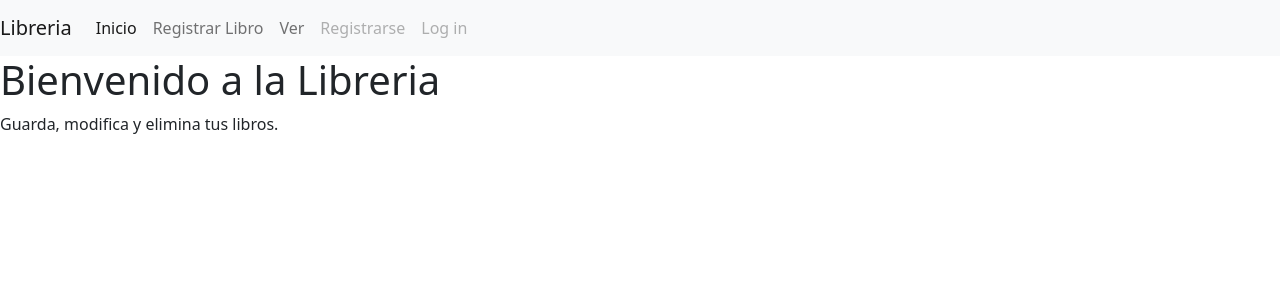
Repository: frnalonso/libreria
Page: src/main/resources/templates/index.html
These files come from the project's save history. The page is drawn as it stood at one moment and after the next save; the edit follows.
The browser window is 1280 px wide. The pictures show the whole page.

Above is the page before, as saved 2021-11-05 08:26:09.

### src/main/resources/templates/index.html

<!doctype html>
<html lang="en">
  <head>
    <!-- Required meta tags -->
    <meta charset="utf-8">
    <meta name="viewport" content="width=device-width, initial-scale=1">

    <!-- Bootstrap CSS -->
    <link href="https://cdn.jsdelivr.net/npm/bootstrap@5.1.3/dist/css/bootstrap.min.css" rel="stylesheet" integrity="sha384-1BmE4kWBq78iYhFldvKuhfTAU6auU8tT94WrHftjDbrCEXSU1oBoqyl2QvZ6jIW3" crossorigin="anonymous">

    <title>Inicio</title>
  </head>
  <body>
    <nav class="navbar navbar-expand-lg navbar-light bg-light">
        <a class="navbar-brand" href="/">Libreria</a>
        <button class="navbar-toggler" type="button" data-toggle="collapse" data-target="#navbarNavAltMarkup" aria-controls="navbarNavAltMarkup" aria-expanded="false" aria-label="Toggle navigation">
          <span class="navbar-toggler-icon"></span>
        </button>
        <div class="collapse navbar-collapse" id="navbarNavAltMarkup">
          <div class="navbar-nav">
            <a class="nav-item nav-link active" href="/">Inicio <span class="sr-only"></span></a>
            <a class="nav-item nav-link" href="/registro">Registrar Libro</a>
            <a class="nav-item nav-link" href="/mostrar">Ver</a>
            <a class="nav-item nav-link disabled" href="Log in">Registrarse</a>
            <a class="nav-item nav-link disabled" href="Log in">Log in</a>
          </div>
        </div>
      </nav>
    <h1>Bienvenido a la Libreria</h1>
    <p>Guarda, modifica y elimina tus libros.</p>
    <!-- Optional JavaScript; choose one of the two! -->

    <!-- Option 1: Bootstrap Bundle with Popper -->
    <script src="https://cdn.jsdelivr.net/npm/bootstrap@5.1.3/dist/js/bootstrap.bundle.min.js" integrity="sha384-ka7Sk0Gln4gmtz2MlQnikT1wXgYsOg+OMhuP+IlRH9sENBO0LRn5q+8nbTov4+1p" crossorigin="anonymous"></script>

    <!-- Option 2: Separate Popper and Bootstrap JS -->
    <!--
    <script src="https://cdn.jsdelivr.net/npm/@popperjs/core@2.10.2/dist/umd/popper.min.js" integrity="sha384-7+zCNj/IqJ95wo16oMtfsKbZ9ccEh31eOz1HGyDuCQ6wgnyJNSYdrPa03rtR1zdB" crossorigin="anonymous"></script>
    <script src="https://cdn.jsdelivr.net/npm/bootstrap@5.1.3/dist/js/bootstrap.min.js" integrity="sha384-QJHtvGhmr9XOIpI6YVutG+2QOK9T+ZnN4kzFN1RtK3zEFEIsxhlmWl5/YESvpZ13" crossorigin="anonymous"></script>
    -->
  </body>
</html>

After the next save:
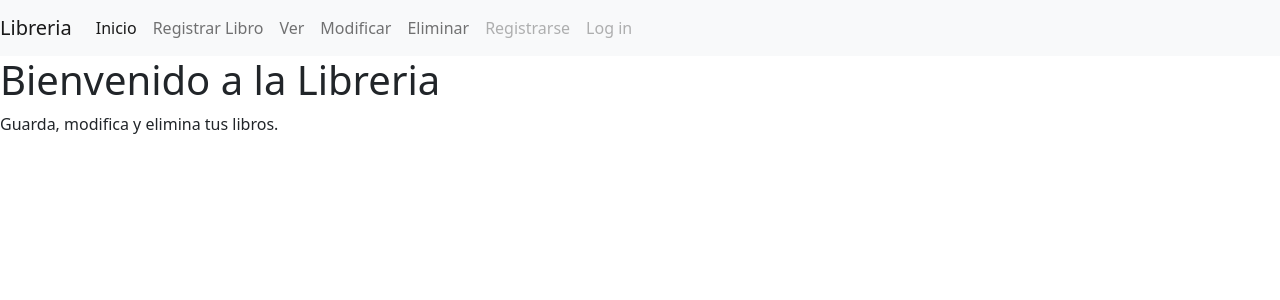
Saved 2 min 3 s later.
--- a/src/main/resources/templates/index.html
+++ b/src/main/resources/templates/index.html
@@ -22,6 +22,8 @@
             <a class="nav-item nav-link active" href="/">Inicio <span class="sr-only"></span></a>
             <a class="nav-item nav-link" href="/registro">Registrar Libro</a>
             <a class="nav-item nav-link" href="/mostrar">Ver</a>
+            <a class="nav-item nav-link" href="/modificar">Modificar</a>
+            <a class="nav-item nav-link" href="/eliminar">Eliminar</a>
             <a class="nav-item nav-link disabled" href="Log in">Registrarse</a>
             <a class="nav-item nav-link disabled" href="Log in">Log in</a>
           </div>
